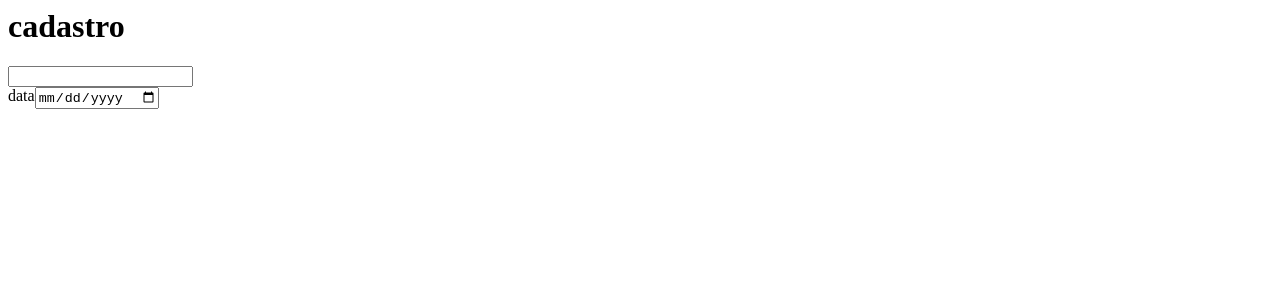
Repository: Danieloliver11/S.O.S-HUMANIDADE-BACK-END
Page: ACSocioambiental/eventoapp/src/main/resources/templates/index.html
An editor plug-in stored every save of this project. The page is shown before and after the next save, followed by the edit.
The browser window is 1280 px wide. The pictures show the whole page.

Above is the page before, as saved 2021-04-01 21:36:03.

### ACSocioambiental/eventoapp/src/main/resources/templates/index.html
<html>

<body>
<h1>cadastro</h1>
<form method="post">
<input type ="text" value=""name="nome">
</br>data<input type ="date">

</body>

</html>

After the next save:
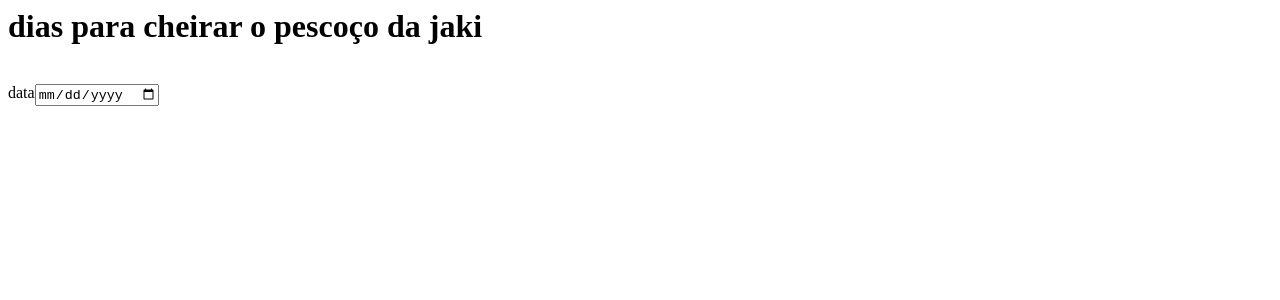
Saved 13 min 54 s later.
--- a/ACSocioambiental/eventoapp/src/main/resources/templates/index.html
+++ b/ACSocioambiental/eventoapp/src/main/resources/templates/index.html
@@ -1,9 +1,9 @@
 <html>
 
 <body>
-<h1>cadastro</h1>
+<h1>dias para cheirar o pescoço da jaki </h1>
 <form method="post">
-<input type ="text" value=""name="nome">
+
 </br>data<input type ="date">
 
 </body>
